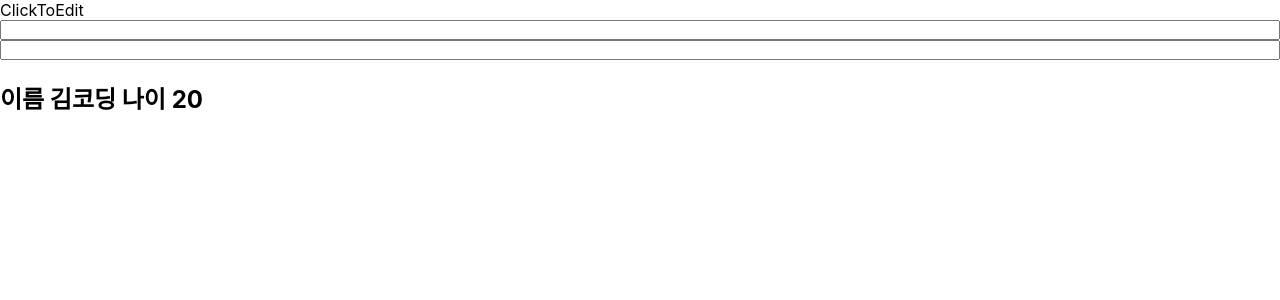
Repository: janghwahyun/wanted_pre_onboarding
Page: /ClickToEdit
An editor plug-in stored every save of this project. The page is shown before and after a run of saves, followed by the edit.
The browser window is 1280 px wide. The pictures show the whole page.
The project was rebuilt for these pictures with package versions that can differ from the ones it lists, and the page was loaded fresh each time. Also part of the build but not shown: src/component/AutoComplete.js, src/component/Modal.js, src/component/Tab.js, src/component/Toggle.js.

Above is the page before, as saved 2022-02-11 12:27:13.

After the next 2 saves:
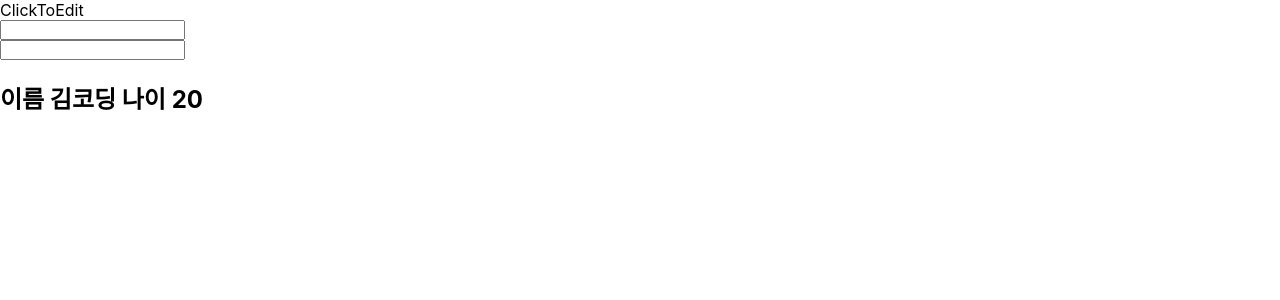
The 2 saves are shown as one change because they came seconds apart.
The last was saved 9 s later.
--- a/src/component/ClickToEdit.js
+++ b/src/component/ClickToEdit.js
@@ -21,7 +21,7 @@ const ClickToEdit = () => {
 };
 
 const Input = styled.input`
-  width: 100%;
+  width: 50%%;
   height: 20px;
   display: flex;
   justify-content: center;
